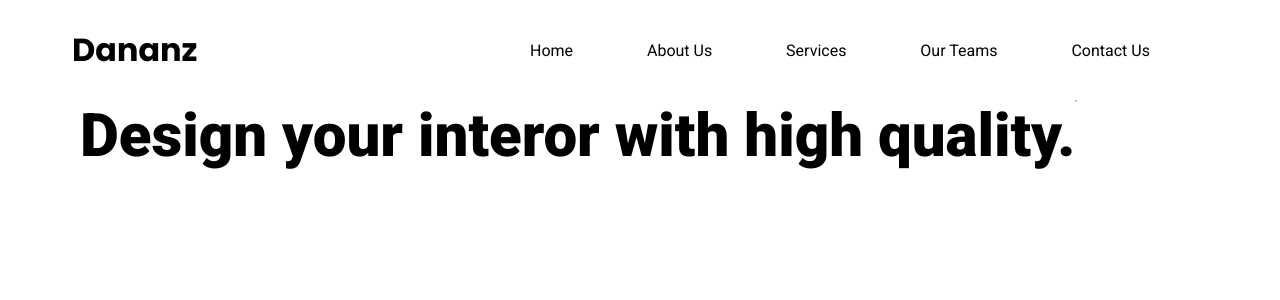
Repository: AsadKasimov/disain
Page: index.html
The author's editor kept a copy of each file at every save. The page is drawn from the files as they stood at one save, then again after the next save.
The browser window is 1280 px wide. The pictures show the whole page.

Above is the page before, as saved 2023-04-20 01:11:47.

### index.html
<!DOCTYPE html>
<html lang="en">
<head>
    <meta charset="UTF-8">
    <meta http-equiv="X-UA-Compatible" content="IE=edge">
    <meta name="viewport" content="width=device-width, initial-scale=1.0">
    <title>F</title>
    <link rel="stylesheet" href="./style.css">
</head>
<body>
    <div class="wrapper">
        <header class="header">
            <!-- Шапка -->
            <div class="logo">
                <img src="./img/Dananz.png" alt="">
            </div>

            <!-- Меню сайта -->
            <nav class="nav">
                <ul>
                    <li>Home</li>
                    <li>About Us</li>
                    <li>Services</li>
                    <li>Our Teams</li>
                    <li>Contact Us</li>

                </ul>
            </nav>

            <!-- Иконка бургерменю -->
            <div class="burger">
                <span></span>
            </div>
        </header>
        <div class="menu">
            <div class="text-menu">
                <h1>Design your interor with high quality.</h1>
            </div>
            <div class="text-line"><hr></div>

        </div>

    </div>



    <script>
        document.querySelector('.burger').addEventListener('click', function() {
            this.classList.toggle('active');
            document.querySelector('.nav').classList.toggle('open');
        })
    </script>
</body>
</html>

### style.css
@import url('https://fonts.googleapis.com/css2?family=Roboto:ital,wght@0,100;0,300;0,400;0,500;0,900;1,100;1,300;1,400;1,500;1,700;1,900&display=swap');

html, body {
  height: 100%;
  width: 100%;

}

body {
  display: flex;
  flex-direction: column;
  font-family: 'Roboto', sans-serif;
  background-color: #fff;

}

*{
  padding: 0;
  margin: 0;
  box-sizing: border-box;
}

.wrapper{
  flex-grow: 1;
}

.open{
  display: flex !important;
}

.header{
  display: flex;
  align-items: center;
  justify-content: space-between;
  min-height: 100px;
  background-color: #fff;
  color: #000;
  padding: 0 90px;
}

.logo{
  display: flex;
  justify-content: center;
  flex-direction: column;
  align-items: center;

  width: 90px;
  height: 90px;
}

.nav{
  display: flex;
  width: 700px;
  padding: 0 40px;
}

.nav ul{
  width: 100%;
  list-style: none;
  display: flex;
  justify-content: space-between;
}

.burger{
  display: none;
  position: relative;
  z-index: 50;
  align-items: center;
  justify-content: flex-end;
  width: 30px;
  height: 18px;
}

.burger span{
  height: 2px;
  width: 80%;
  transform: scale(1);
  background-color: #000;
}

.burger::before, .burger::after{
  content: '';
  position: absolute;
  height: 2px;
  width: 100%;
  background-color: #000;
  transition: all 0.3s ease 0s;
}

.burger::before { top: 0 }

.burger::after { bottom: 0 }


.burger.active span { transform: scale(0) }

.burger.active::before{
  top: 50%;
  transform: rotate(-45deg) translate(0, -50%);
}

.burger.active::after{
  bottom: 50%;
  transform: rotate(45deg) translate(0, 50%);
}

h1 {
  display: block;
  font-size: 2em;
  margin-block-start: 0;
  margin-block-end: 0;
  margin-inline-start: 0px;
  margin-inline-end: 0px;
  font-weight: bold;
}

.menu{
  display: flex;
  justify-content: flex-start;
  padding: 0 80px;
}

.text-menu{
  font-weight: 700;
  font-size: 30px;
}

@media (max-width: 700px) {

  .burger { display: flex }

  .nav{
      display: none;
      flex-direction: column;
      position: fixed;
      height: 100%;
      width: 100%;
      top: 0; bottom: 0; left: 0; right: 0;
      z-index: 50;
      overflow-y: auto;
      padding: 50px 40px;
      background-color: ghostwhite;

  }

  .nav ul{
      flex-direction: column;
      row-gap: 30px;
  }
}

After the next save:
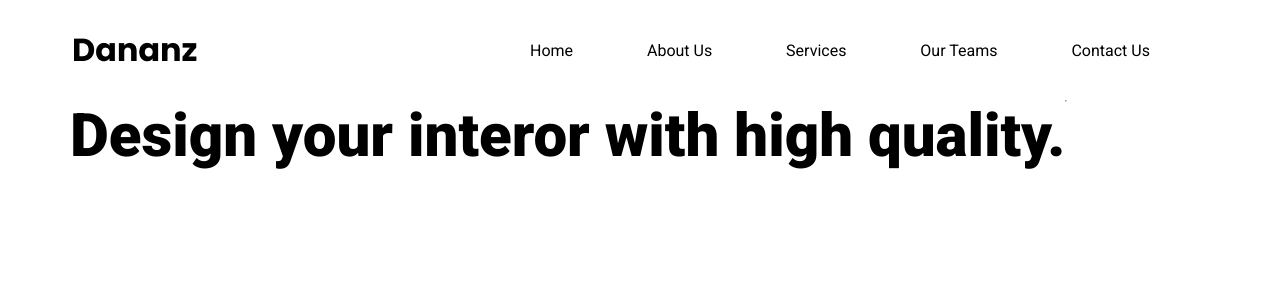
Saved 6 s later.
--- a/style.css
+++ b/style.css
@@ -117,7 +117,7 @@ h1 {
 .menu{
   display: flex;
   justify-content: flex-start;
-  padding: 0 80px;
+  padding: 0 70px;
 }
 
 .text-menu{
